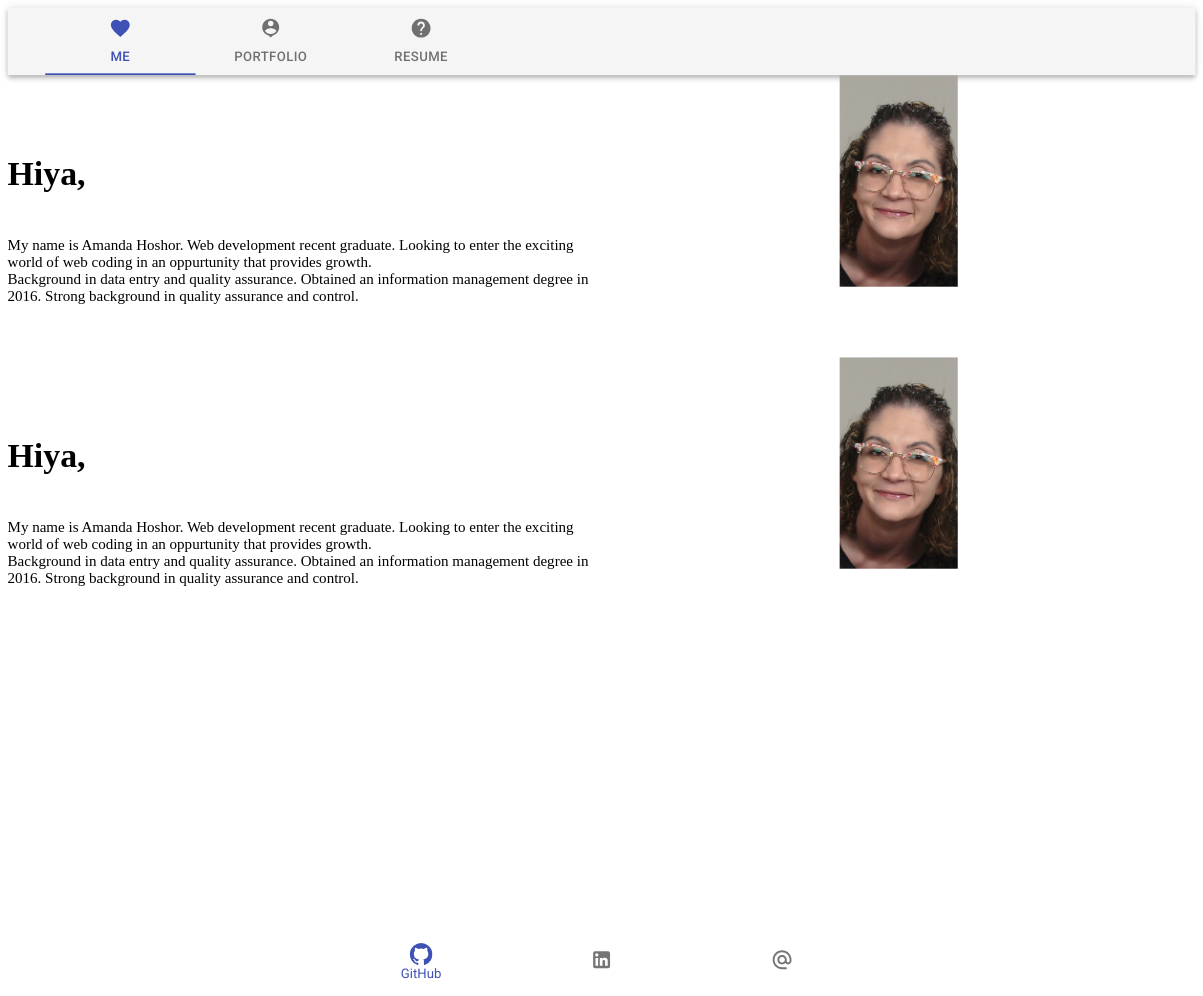
Repository: mandahos/hoshor
Page: /
The author's editor kept a copy of each file at every save. The page is drawn from the files as they stood at one save, then again after the next save.
The browser window is 1280 px wide. The pictures show the whole page, at 94% of full size.
The project was rebuilt for these pictures with package versions that can differ from the ones it lists, and the page was loaded fresh each time. Also part of the build but not shown: src/components/Portfolio/index.js, src/components/Resume/index.js. Imported but missing from the stored project, and not drawn on this page: src/assets/resume/Amanda_Hoshor_Resume.PDF, src/assets/resume/Resume_Hoshor (1).pdf.

Above is the page before, as saved 2021-08-19 22:21:47.

### public/index.html
<!DOCTYPE html>
<html lang="en">
  <head>
    <meta charset="utf-8" />
    <link rel="icon" href="%PUBLIC_URL%/favicon.ico" />
    <meta name="viewport" content="width=device-width, initial-scale=1" />
    <meta name="theme-color" content="#000000" />
    <meta
      name="description"
      content="Web site created using create-react-app"
    />
    <link rel="apple-touch-icon" href="%PUBLIC_URL%/logo192.png" />
    <link rel="stylesheet" href="https://fonts.googleapis.com/css?family=Roboto:300,400,500,700&display=swap" />
    <!--
      manifest.json provides metadata used when your web app is installed on a
      user's mobile device or desktop. See https://developers.google.com/web/fundamentals/web-app-manifest/
    -->
    <link rel="stylesheet" href="https://fonts.googleapis.com/icon?family=Material+Icons" />
    <link rel="manifest" href="%PUBLIC_URL%/manifest.json" />
    <!--
      Notice the use of %PUBLIC_URL% in the tags above.
      It will be replaced with the URL of the `public` folder during the build.
      Only files inside the `public` folder can be referenced from the HTML.

      Unlike "/favicon.ico" or "favicon.ico", "%PUBLIC_URL%/favicon.ico" will
      work correctly both with client-side routing and a non-root public URL.
      Learn how to configure a non-root public URL by running `npm run build`.
    -->
    <title>Hoshor</title>
  </head>
  <body>
    <noscript>You need to enable JavaScript to run this app.</noscript>
    <div id="root"></div>
    <!--
      This HTML file is a template.
      If you open it directly in the browser, you will see an empty page.

      You can add webfonts, meta tags, or analytics to this file.
      The build step will place the bundled scripts into the <body> tag.

      To begin the development, run `npm start` or `yarn start`.
      To create a production bundle, use `npm run build` or `yarn build`.
    -->
  </body>
</html>

### src/index.js
import React from 'react';
import ReactDOM from 'react-dom';
import './css/styles.css';
import App from './App';

ReactDOM.render(
  <React.StrictMode>
    <App />

  </React.StrictMode>,
  document.getElementById('root')
);

// If you want to start measuring performance in your app, pass a function
// to log results (for example: reportWebVitals(console.log))
// or send to an analytics endpoint. Learn more: https://bit.ly/CRA-vitals

### src/css/styles.css
.App {
  font-family: Arial, Helvetica, sans-serif;
  text-align: center;
  background-color: #7A6174;
  color: white
}
h1 {
  font-size: 48px;

}
h2 {
  font-size: 14px
}
.About {
  font-family: Cambria, Cochin, Georgia, Times, 'Times New Roman', serif
}
h3 {
  text-align: left;
}

p {
  text-align: left;
}

### src/App.js
import React, { useState } from "react";
import "./css/styles.css";
import  Navigation from "./components/Navigation";
import  Me  from "./components/Me";
import  Footer  from "./components/Footer";
import Portfolio from "./components/Portfolio";
import Resume from "./components/Resume"
// import background from "./assets/images/plug.png"


function App() {
  const [projects] = useState([
    {
      name: "Med-Planner",
      description: "A web application which provides caregivers and patients an easy solution for managing their apointments.",
      url: "https://mandahos.github.io/med-planner/",
      github: "https://github.com/mandahos/med-planner.git",
      image: "med-planner.jpg"

    }
  ])

  const [meSelected, setMeSelected] = useState(true);
  const [portfolioSelected, setPortfolioSelected] = useState(false);
  const [resumeSelected, setResumeSelected] = useState (false);



  return (
    <div>
      <Navigation
      meSelected={meSelected}
      setMeSelected={setMeSelected}
      portfolioSelected={portfolioSelected}
      setPortfolioSelected={setPortfolioSelected}
      resumeSelected={resumeSelected}
      setResumeSelected={setResumeSelected}
      />

      {portfolioSelected ? (<Portfolio projects={projects}/>)
        : resumeSelected ? (<Resume />)
        : (<Me />)}

        <Footer />
    </div>
  );
}

export default App;

### src/components/Navigation/index.js
import React from 'react';
import PropTypes from 'prop-types';
import { makeStyles } from '@material-ui/core/styles';
import AppBar from '@material-ui/core/AppBar';
import Tabs from '@material-ui/core/Tabs';
import Tab from '@material-ui/core/Tab';

import FavoriteIcon from '@material-ui/icons/Favorite';
import PersonPinIcon from '@material-ui/icons/PersonPin';
import HelpIcon from '@material-ui/icons/Help';

import Typography from '@material-ui/core/Typography';
import Box from '@material-ui/core/Box';

import Me from '../Me/index'
import Portfolio from '../Portfolio/index'
import Resume from '../Resume/index'

function TabPanel(props) {
  const { children, value, index, ...other } = props;

  return (
    <div
      role="tabpanel"
      hidden={value !== index}
      id={`scrollable-force-tabpanel-${index}`}
      aria-labelledby={`scrollable-force-tab-${index}`}
      {...other}
    >
      {value === index && (
        <Box p={3}>
          <Typography>{children}</Typography>
        </Box>
      )}
    </div>
  );
}

TabPanel.propTypes = {
  children: PropTypes.node,
  index: PropTypes.any.isRequired,
  value: PropTypes.any.isRequired,
};

function a11yProps(index) {
  return {
    id: `scrollable-force-tab-${index}`,
    'aria-controls': `scrollable-force-tabpanel-${index}`,
  };
}

const useStyles = makeStyles((theme) => ({
  root: {
    flexGrow: 1,
    width: '100%',
    backgroundColor: theme.palette.background.paper,
  },
}));

export default function ScrollableTabsButtonForce() {
  const classes = useStyles();
  const [value, setValue] = React.useState(0);

  const handleChange = (event, newValue) => {
    setValue(newValue);
  };


  return (
    <>
    <div className={classes.root}>
      <AppBar position="static" color="default">
        <Tabs
          value={value}
          onChange={handleChange}
          variant="scrollable"
          scrollButtons="on"
          indicatorColor="primary"
          textColor="primary"
          aria-label="scrollable force tabs example"
        >

          <Tab label="Me" icon={<FavoriteIcon />} {...a11yProps(0)} />
          <Tab label="Portfolio" icon={<PersonPinIcon />} {...a11yProps(1)} />
          <Tab label="Resume" icon={<HelpIcon />} {...a11yProps(2)} />
          </Tabs>
      </AppBar>


      <TabPanel value={value === 0 && <Me />} index={0}  >
      Me
      </TabPanel>
      <TabPanel value={value} index={1}  >
        Portfolio
      </TabPanel>
      <TabPanel value={value} index={2} >
        Resume
      </TabPanel>

      {value === 0 && <Me />}
      {value === 1 && <Portfolio />}
      {value === 2 && <Resume /> }

    </div>
    </>
  );
}

### src/components/Me/index.js
import React from 'react';
import {
  Container,
  Stack,
  Flex,
  Box,
  Heading,
  Text,
  Image

} from '@chakra-ui/react';


import picture from '../../assets/images/react-profile.png'

const Me = () => {


  return (

    <Container maxW={'7xl'}>
      <Stack
        align={'center'}
        spacing={{ base: 8, md: 10 }}
        py={{ base: 20, md: 28 }}
        direction={{ base: 'column', md: 'row' }}>

        <Stack flex={1} spacing={{ base: 5, md: 10 }}>
          <Heading
            lineHeight={1.1}
            fontWeight={800}
            fontSize={36}
            >
            <Text
              as={'span'}
              position={'relative'}
              _after={{
                content: "''",
                width: 'full',
                height: '80%',
                position: 'absolute',
                bottom: 1,
                left: 0,
                bg: 'red.400',
                zIndex: -1,

              }}>
              Hiya,
            </Text>
            <br />

          </Heading>
          <Text color={'black.500'}>
            My name is Amanda Hoshor. Web development recent graduate. Looking to enter the exciting world of web coding in an oppurtunity that provides growth.
            <br/>
            Background in data entry and quality assurance. Obtained an information management degree in 2016. Strong background in quality assurance and control.
          </Text>
          <Stack
            spacing={{ base: 4, sm: 6 }}
            direction={{ base: 'column', sm: 'row' }}>

          </Stack>
        </Stack>
        <Flex
          flex={1}
          justify={'center'}
          align={'center'}
          position={'relative'}
          w={'full'}>

          <Box
            position={'relative'}
            height={'300px'}
            rounded={'2xl'}
            boxShadow={'2xl'}
            width={'full'}
            overflow={'hidden'}>

            <Image
              alt={'Me'}
              fit={'cover'}
              align={'center'}
              w={'100%'}
              h={'75%'}
              src={
                picture
              }
            />
          </Box>
        </Flex>
      </Stack>
    </Container>
  );
}

export default Me;

### src/components/Footer/index.js
import React from 'react';
import { makeStyles } from '@material-ui/core/styles';
import BottomNavigation from '@material-ui/core/BottomNavigation';
import BottomNavigationAction from '@material-ui/core/BottomNavigationAction';
import LinkedInIcon from '@material-ui/icons/LinkedIn';
import GitHubIcon from '@material-ui/icons/GitHub';
import AlternateEmailIcon from '@material-ui/icons/AlternateEmail';
import CSS from './footer.css'

const useStyles = makeStyles({
  root: {
    width: 500,
  },
});

export default function LabelBottomNavigation() {
  const footer = useStyles();
  const [value, setValue] = React.useState('recents');

  const handleChange = (event, newValue) => {
    setValue(newValue);
  };

  return (
    <BottomNavigation value={value} onChange={handleChange} className={footer}>
      <BottomNavigationAction a href="https://github.com/mandahos" label="GitHub" value="recents" icon={<GitHubIcon />} />
      <BottomNavigationAction a href="https://www.linkedin.com/in/amanda-hoshor/" label="LinkedIn" value="favorites" icon={<LinkedInIcon />} />
      <BottomNavigationAction a href="mailto:hoshor.manda@gmail.com" label="Email" value="nearby" icon={<AlternateEmailIcon />} />

    </BottomNavigation>
  );
}

### src/components/Footer/footer.css
.root {
    display: block;
    margin-left: auto;
    margin-right: auto;
    margin-top: 25%;
    justify-content: center;
}

After the next save:
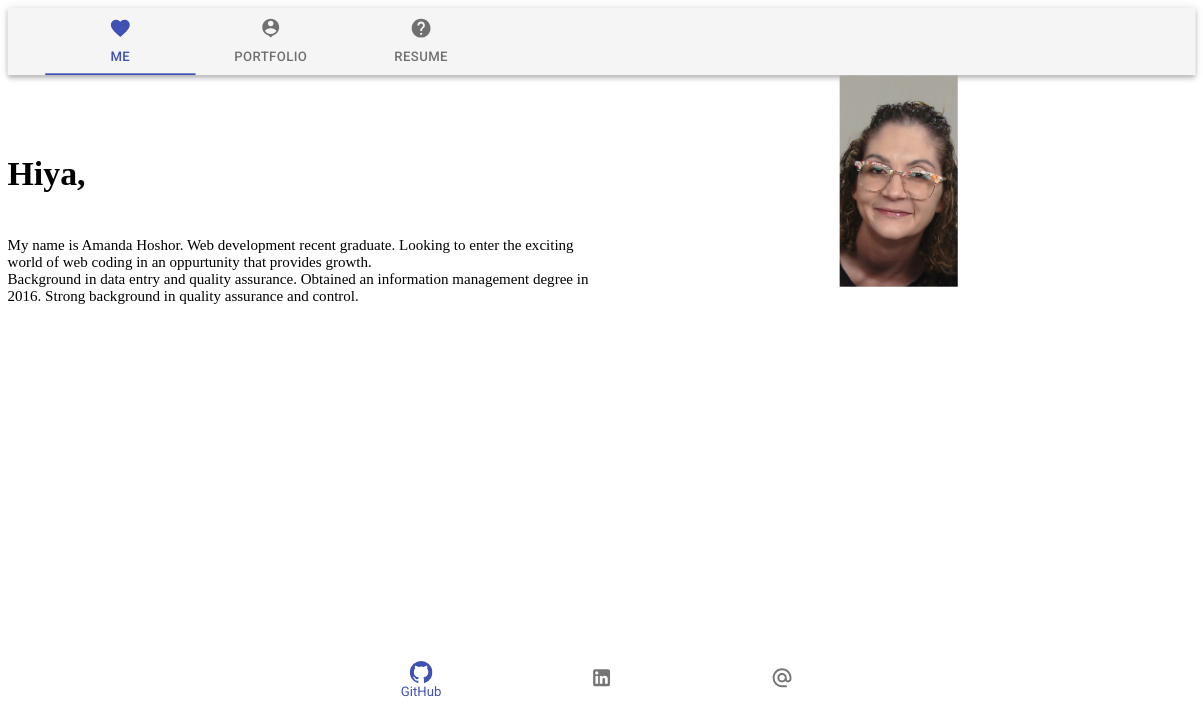
Saved 17 s later.
--- a/src/components/Navigation/index.js
+++ b/src/components/Navigation/index.js
@@ -97,7 +97,7 @@
         Resume
       </TabPanel>
 
-      {value === 0 && <Me />}
+      {/* {value === 0 && <Me />} */}
       {value === 1 && <Portfolio />}
       {value === 2 && <Resume /> }
 

After the 3 saves that followed:
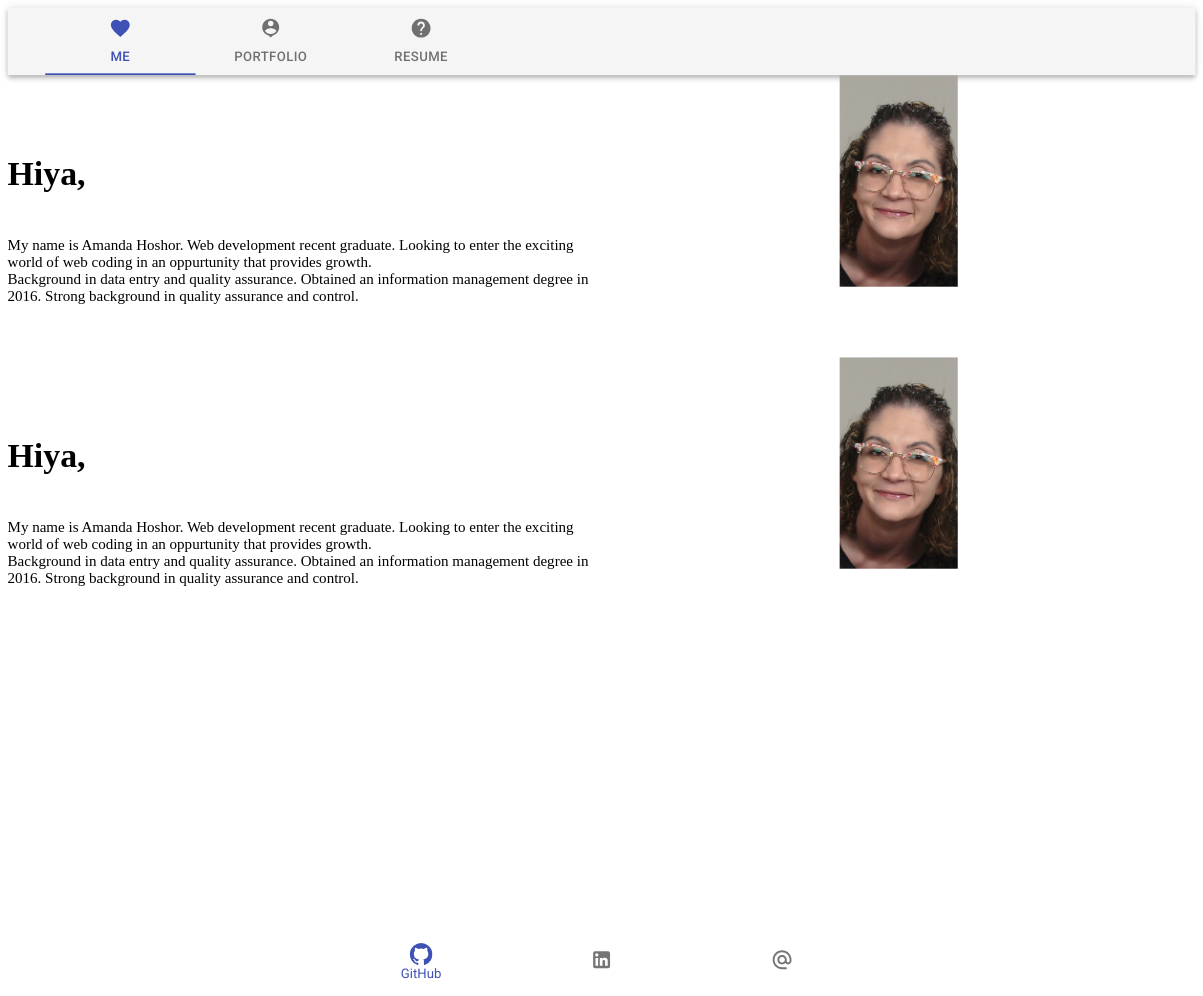
The 3 saves are shown as one change because 2 left the picture as it was.
The last was saved 51 s later.
--- a/src/components/Navigation/index.js
+++ b/src/components/Navigation/index.js
@@ -97,7 +97,7 @@
         Resume
       </TabPanel>
 
-      {/* {value === 0 && <Me />} */}
+      {value === 0 && <Me />}
       {value === 1 && <Portfolio />}
       {value === 2 && <Resume /> }
 
